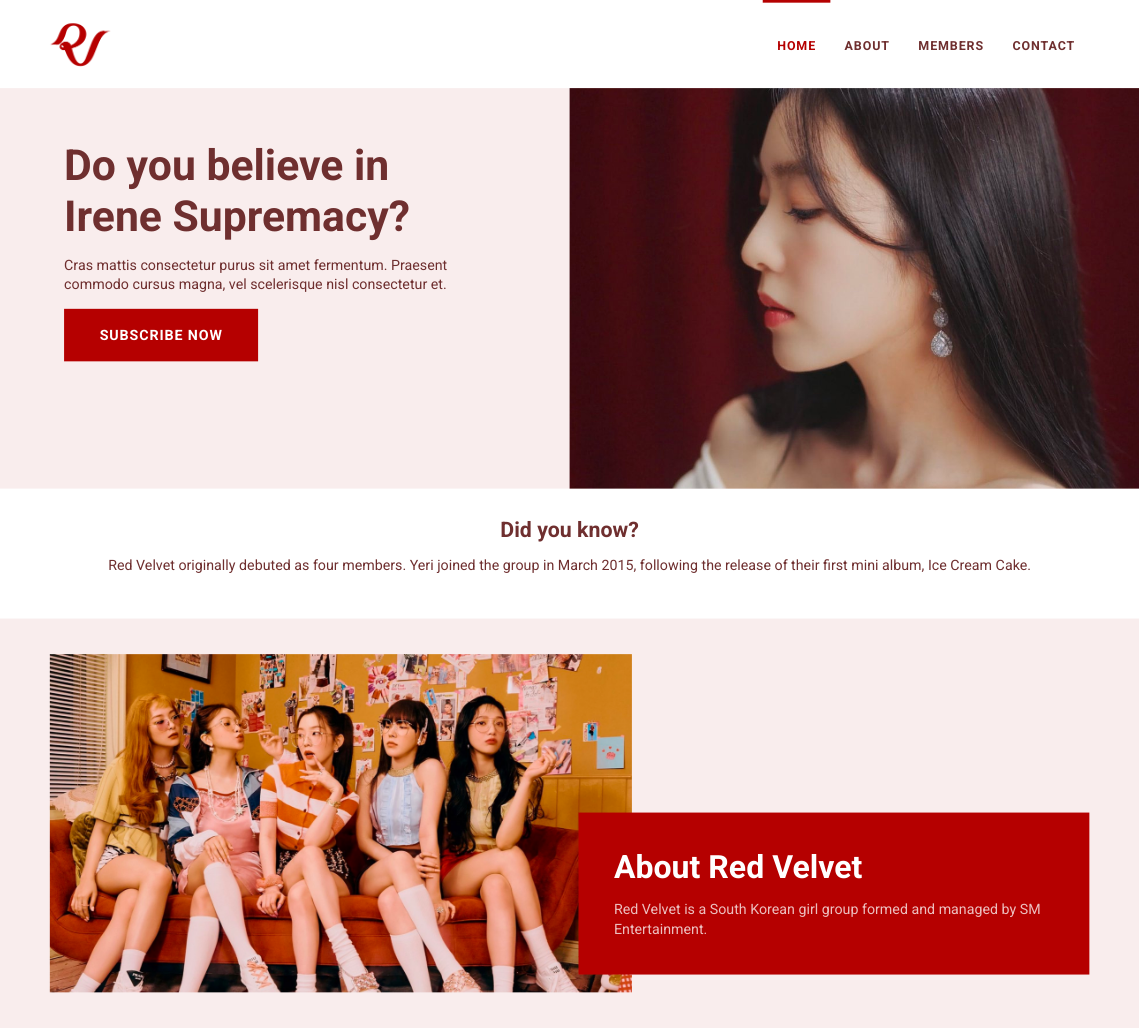
Repository: stillnotdavid/eternity-university
Page: app/index.html
The author's editor kept a copy of each file at every save. The page is drawn from the files as they stood at one save, then again after the next save.
The browser window is 1280 px wide. The pictures show the whole page, at 89% of full size.
The style sheet was rebuilt from its Sass, Less or Tailwind sources for each picture, by a compiler version that may differ from the author's.

Above is the page before, as saved 2021-12-05 20:15:32.

### app/index.html
<!doctype html>
<html class="no-js" lang="">

<head>
  <meta charset="utf-8">
  <meta name="description" content="">

  <meta name="viewport" content="width=device-width, initial-scale=1, shrink-to-fit=no">
  <title>Red Velvet Fansite</title>
  <link rel="apple-touch-icon" href="apple-touch-icon.png">
  <!-- Place favicon.ico in the root directory -->
  <!-- build:css styles/vendor.css -->
  <!-- endbuild -->
  <!-- build:css styles/main.css -->
  <link rel="stylesheet" href="styles/main.css">
  <!-- endbuild -->
  <!-- build:js scripts/modernizr.js -->
  <script src="scripts/modernizr.js"></script>
  <!-- endbuild -->
</head>

<body>
  <!--[if IE]>
      <p class="browserupgrade">You are using an <strong>outdated</strong> browser. Please <a href="http://browsehappy.com/">upgrade your browser</a> to improve your experience.</p>
    <![endif]-->
  <header class="header">
    <div class="container header__container">
      <a class="header__logo" href="#"><img class="header__logo-image" src="images/logo.png"
          alt="Red Velvet Logo" /></a>
      <nav class="header__nav">
        <ul class="header__nav-links">
          <li class="header__nav-item">
            <a class="header__nav-link header__nav-link--active" href="">Home</a>
          </li>
          <li class="header__nav-item">
            <a class="header__nav-link" href="">About</a>
          </li>
          <li class="header__nav-item">
            <a class="header__nav-link" href="">Members</a>
          </li>
          <li class="header__nav-item">
            <a class="header__nav-link" href="">Contact</a>
          </li>
        </ul>
      </nav>
    </div>
  </header>
  <section class="hero">
    <div class="container--half">
      <div class="hero__cta">
        <h1>Do you believe in Irene Supremacy?</h1>
        <p class="no-margin--bottom">Cras mattis consectetur purus sit amet fermentum. Praesent commodo cursus magna,
          vel scelerisque nisl
          consectetur et.</p>
        <a class="button-primary" href="">Subscribe Now</a>
      </div>
    </div>
    <div class="hero__image">
    </div>
  </section>
  <section class="trivia">
    <div class="container trivia__container">
      <div class="trivia__title">Did you know?</div>
      <p>Red Velvet originally debuted as four members. Yeri joined the group in March 2015, following the release of
        their first mini album, Ice Cream Cake.</p>
    </div>
  </section>
  <section class="about">
    <div class="container about__container">
      <img class="about__image" src="images/group.png" alt="Red Velvet Sitting!">
      <div class="about__text">
        <h2>About Red Velvet</h2>
        <p class="light">Red Velvet is a South Korean girl group formed and managed by SM Entertainment.</p>
      </div>
    </div>
  </section>

  <!-- build:js scripts/vendor.js -->
  <!-- endbuild -->
  <!-- build:js scripts/main.js -->
  <script src="scripts/main.js"></script>
  <!-- endbuild -->
</body>

</html>

### app/styles/main.scss
@import 'partials/colors';
@import 'partials/spacing';
@import 'partials/typography';
@import 'partials/utilities';

@import 'components/button';
@import 'components/header';
@import 'components/hero';
@import 'components/trivia';
@import 'components/about';


* {
  box-sizing: border-box;
}

html,
body {
  padding: 0;
  margin: 0;
}

.container {
  display: flex;
  width: 100%;
  max-width: 1200px;
  margin: 0 auto;
  padding: 0 $spacing-large;

  &--half {
    width: 100%;
    max-width: 600px;
    margin-left: auto;
    padding: 0 $spacing-xlarge;
  }
}

### app/styles/partials/_colors.scss
$color-primary: #B50000;
$color-secondary: #6F2F2F;

$background-primary: #F9EDED;

### app/styles/partials/_spacing.scss
$spacing-xsmall: 2px;
$spacing-small: 4px;
$spacing-medium: 8px;
$spacing-large: 16px;
$spacing-xlarge: 32px;

### app/styles/partials/_typography.scss
@import url('https://fonts.googleapis.com/css2?family=Roboto:wght@400;500;700&display=swap');


body,
html {
  font-family: 'Roboto', sans-serif;
}


$font-small: 14px;
$font-medium: 16px;
$font-large: 18px;
$font-xlarge: 24px;
$font-xxxlarge: 48px;

$font-regular: 400;
$font-bold: 700;


h1 {
  font-size: $font-xxxlarge;
  font-weight: $font-bold;
  color: $color-secondary;
  margin: $spacing-medium 0;
}

h2 {
  font-size: 36px;
  margin: 0;
}

p {
  font-size: $font-medium;
  color: $color-secondary;
  line-height: 22px;

  &.light {
    color: rgba(255, 255, 255, .75);
  }
}

### app/styles/partials/_utilities.scss
.no-margin {
  margin: 0;

  &--bottom {
    margin-bottom: 0;
  }

  &--top {
    margin-top: 0;
  }

  &--left {
    margin-left: 0;
  }

  &--right {
    margin-right: 0;
  }
}

### app/styles/components/_button.scss
.button-primary {
  display: inline-block;
  background-color: $color-primary;
  padding: 20px 40px;
  text-decoration: none;
  color: white;
  font-size: $font-medium;
  font-weight: $font-bold;
  text-transform: uppercase;
  letter-spacing: 1px;
  margin: $spacing-large 0;
}

### app/styles/components/_header.scss
$_logo-height: 50px;


.header {

  &__container {
    justify-content: space-between;
  }

  &__logo {
    display: flex;
    align-items: center;

    &-image {
      height: $_logo-height;
    }
  }

  &__nav {

    &-links {
      display: flex;
      list-style-type: none;
      padding: 0;
      margin: 0;
    }

    &-item {
      display: flex;
    }

    &-link {
      padding: 40px $spacing-large;
      text-decoration: none;
      color: $color-secondary;
      text-transform: uppercase;
      font-size: $font-small;
      font-weight: $font-bold;
      letter-spacing: 1px;
      border-top: 3px solid transparent;

      &:hover,
      &--active {
        color: $color-primary;
        border-top: 3px solid $color-primary;
      }
    }
  }
}

### app/styles/components/_hero.scss
$_hero-height: 450px;

.hero {
  height: $_hero-height;
  background: $background-primary;
  display: flex;

  &__container {
    align-items: center;
  }

  &__cta {
    flex: 0 0 50%;
    padding: 50px 100px 50px 0;
  }

  &__image {
    flex: 0 0 50%;
    height: 100%;
    background-image: url('../../images/hero.jpeg');
    background-size: cover;
    background-position: center center;
  }
}

### app/styles/components/_trivia.scss
.trivia {
  text-align: center;
  padding: $spacing-xlarge;

  &__container {
    flex-direction: column;
  }

  &__title {
    font-size: $font-xlarge;
    font-weight: $font-bold;
    color: $color-secondary;
  }
}

### app/styles/components/_about.scss
.about {
  background: $background-primary;
  padding: 40px 0;

  &__container {
    align-items: flex-end;
  }

  &__image {
    height: 380px;
  }

  &__text {
    background: $color-primary;
    color: white;
    padding: 40px;
    margin-left: -60px;
    margin-bottom: 20px;

    p {
      margin-bottom: 0;
    }
  }
}

Loaded but not shown: app/scripts/main.js (common file)

After the next save:
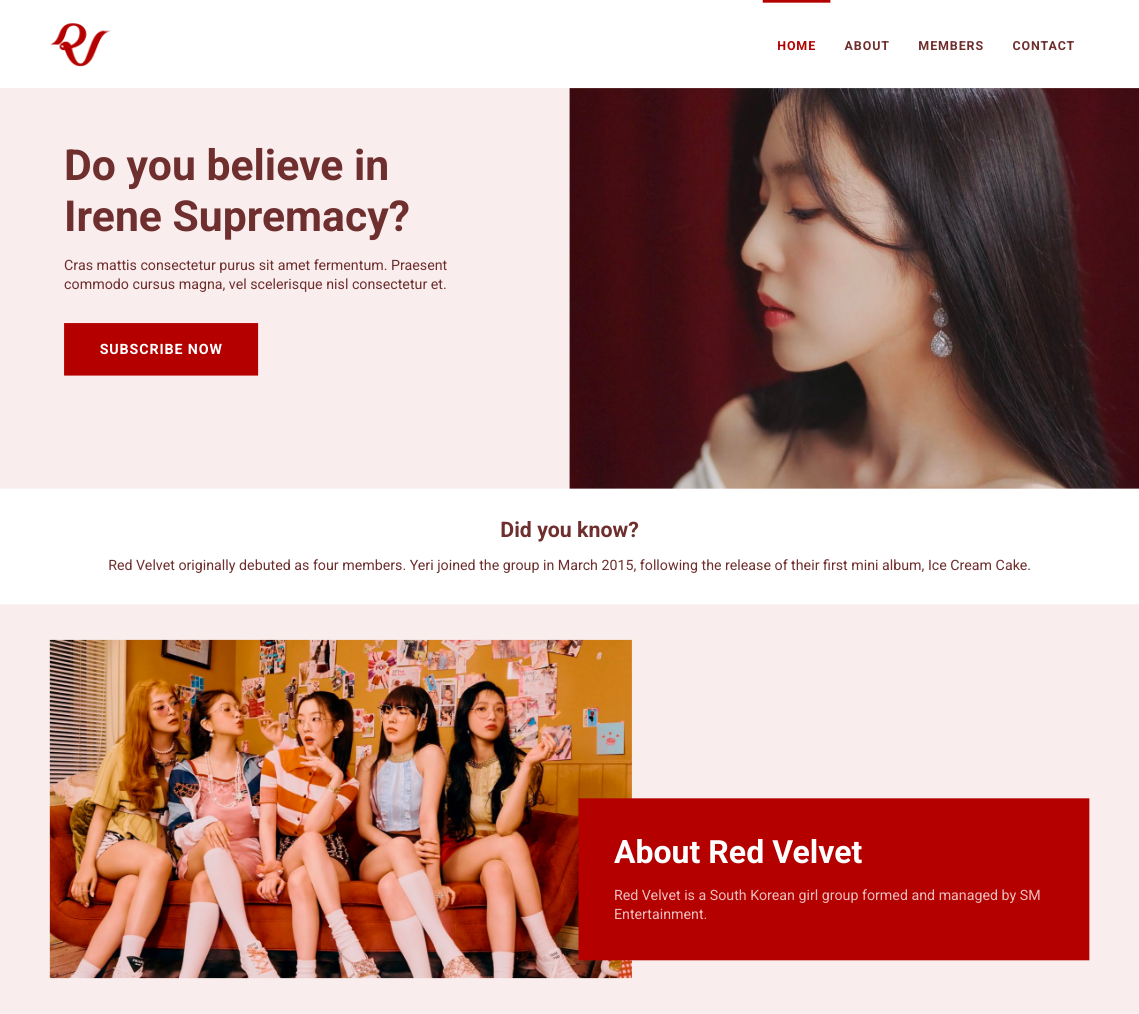
Saved 18 s later.
--- a/app/index.html
+++ b/app/index.html
@@ -49,7 +49,7 @@
     <div class="container--half">
       <div class="hero__cta">
         <h1>Do you believe in Irene Supremacy?</h1>
-        <p class="no-margin--bottom">Cras mattis consectetur purus sit amet fermentum. Praesent commodo cursus magna,
+        <p>Cras mattis consectetur purus sit amet fermentum. Praesent commodo cursus magna,
           vel scelerisque nisl
           consectetur et.</p>
         <a class="button-primary" href="">Subscribe Now</a>
@@ -61,7 +61,8 @@
   <section class="trivia">
     <div class="container trivia__container">
       <div class="trivia__title">Did you know?</div>
-      <p>Red Velvet originally debuted as four members. Yeri joined the group in March 2015, following the release of
+      <p class="no-margin--bottom">Red Velvet originally debuted as four members. Yeri joined the group in March 2015,
+        following the release of
         their first mini album, Ice Cream Cake.</p>
     </div>
   </section>
